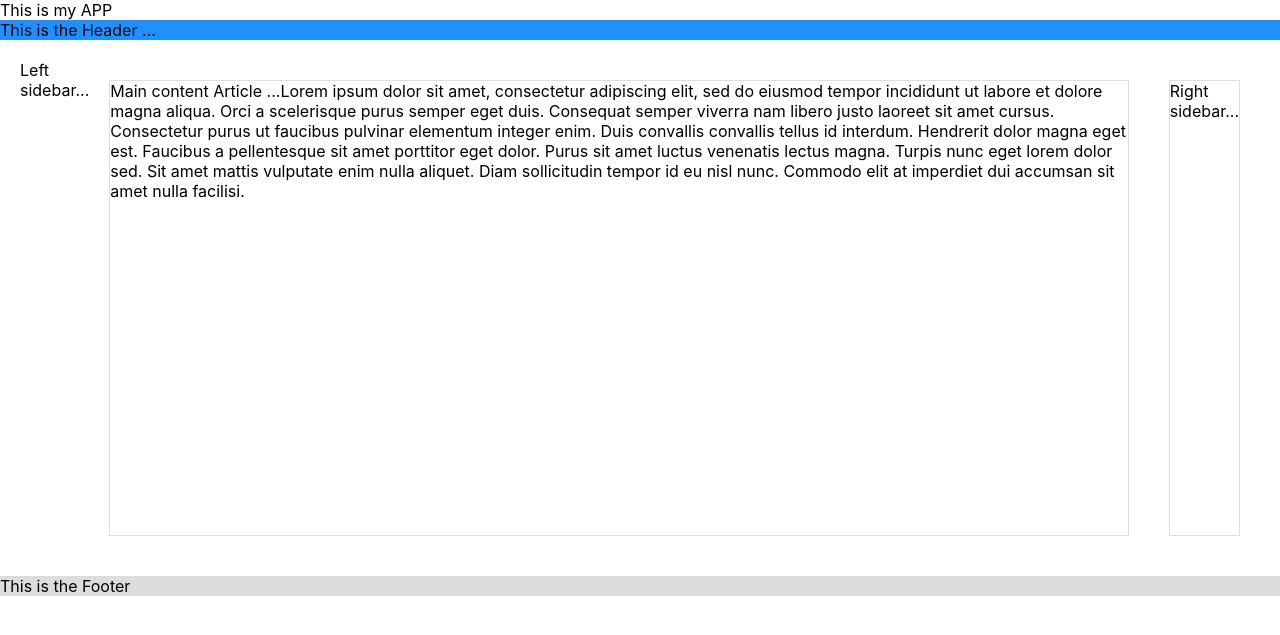
Repository: vnevescode/ui-components-react
Page: /
An editor plug-in stored every save of this project. The page is shown before and after the next save, followed by the edit.
The browser window is 1280 px wide. The pictures show the whole page.
The project was rebuilt for these pictures with package versions that can differ from the ones it lists, and the page was loaded fresh each time. Also part of the build but not shown: src/components/Cards/Cards.styles.css, src/components/Cards/Cards.jsx.

Above is the page before, as saved 2022-06-09 22:58:04.

### src/App.js
import React from 'react';
import Cards from './components/Cards/Cards';
import HolyGrailLayout from './components/HolyGrailLayout/HolyGrailLayout';

function App() {
  return (
    <div className="App">
      <div>This is my APP</div>
      <HolyGrailLayout/>
    </div>
  );
}

export default App;

### src/components/HolyGrailLayout/HolyGrailLayout.jsx
import React from 'react'
import './HolyGrailLayout.styles.css'

const HolyGrailLayout = () => {
  return (
    <>
        <div className="container">
            <header className='container__header'>
                {'This is the Header ... '}
            </header>
            <main className='container__main'>
                {/* Left sidebar */}
                <aside className='conteiner__left'>
                    {' Left sidebar...'}
                </aside>
                {/* Main content */}
                <article className='container__middle'>
                    {' Main content Article ...'}
                    {'Lorem ipsum dolor sit amet, consectetur adipiscing elit, sed do eiusmod tempor incididunt ut labore et dolore magna aliqua. Orci a scelerisque purus semper eget duis. Consequat semper viverra nam libero justo laoreet sit amet cursus. Consectetur purus ut faucibus pulvinar elementum integer enim. Duis convallis convallis tellus id interdum. Hendrerit dolor magna eget est. Faucibus a pellentesque sit amet porttitor eget dolor. Purus sit amet luctus venenatis lectus magna. Turpis nunc eget lorem dolor sed. Sit amet mattis vulputate enim nulla aliquet. Diam sollicitudin tempor id eu nisl nunc. Commodo elit at imperdiet dui accumsan sit amet nulla facilisi.'}
                </article>

                {/* Right sidebar */}
                <nav className='container__right'>
                    {' Right sidebar...'}
                </nav>
            </main>
            <footer className='container__footer'>
                {'This is the Footer'}
            </footer>
        </div>
    </>
  )
}

export default HolyGrailLayout

### src/components/HolyGrailLayout/HolyGrailLayout.styles.css
.container{
    display: flex;
    flex-direction: column;
    height: 80vh;
    }
    .container__header{
        background-color: dodgerblue;
    }
    .container__main{
        /* Take the remaining height */
        flex-grow: 1;
        margin: 20px;
        /*  Layout the left sidebar, main content and right sidebar */
        display: flex;
        flex-direction: row;
    }

    .container__left{
        width: 25%;

        border: 1px solid #ddd;
    }
    .container__middle{
        /* Take the remaining width */
        flex-grow: 1;
        margin: 20px;
        border: 1px solid #ddd;
    }

    .container__right{
        width: 20%;
        margin: 20px;
        border: 1px solid #ddd;
    }

    .container__footer{
        background-color: #ddd;
    }

Loaded but not shown: public/index.html (common file); src/index.js (common file); src/index.css (common file)

After the next save:
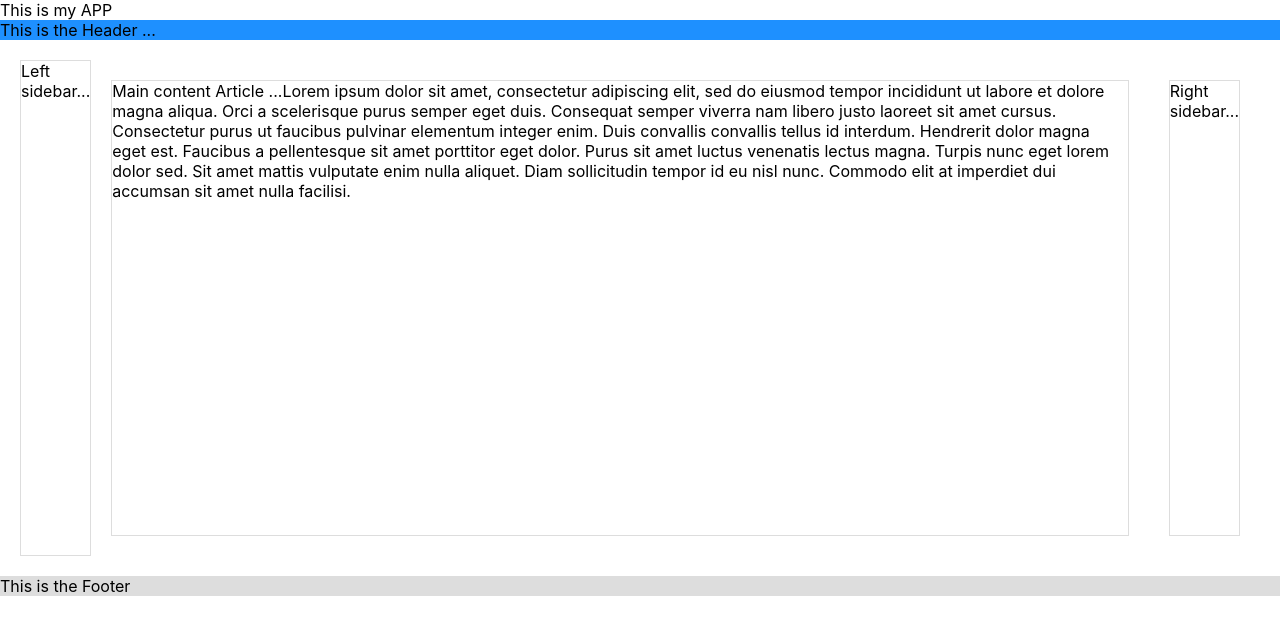
Saved 10 s later.
--- a/src/components/HolyGrailLayout/HolyGrailLayout.jsx
+++ b/src/components/HolyGrailLayout/HolyGrailLayout.jsx
@@ -10,7 +10,7 @@ const HolyGrailLayout = () => {
             </header>
             <main className='container__main'>
                 {/* Left sidebar */}
-                <aside className='conteiner__left'>
+                <aside className='container__left'>
                     {' Left sidebar...'}
                 </aside>
                 {/* Main content */}
